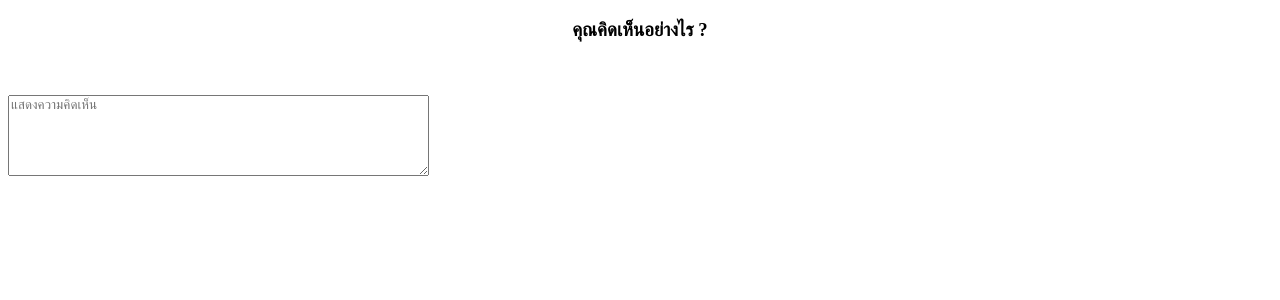
Repository: Wanaratkhamla/LabJavaWeb
Page: http://localhost/TestLabinMidterm/
These files come from the project's save history. The page is drawn as it stood at one moment and after the next save; the edit follows.
The browser window is 1280 px wide. The pictures show the whole page.
The page is served by Tomcat 9. Queries for data that is not in the repository find no rows.

Above is the page before, as saved 2017-02-28 11:56:02.

After the next save:
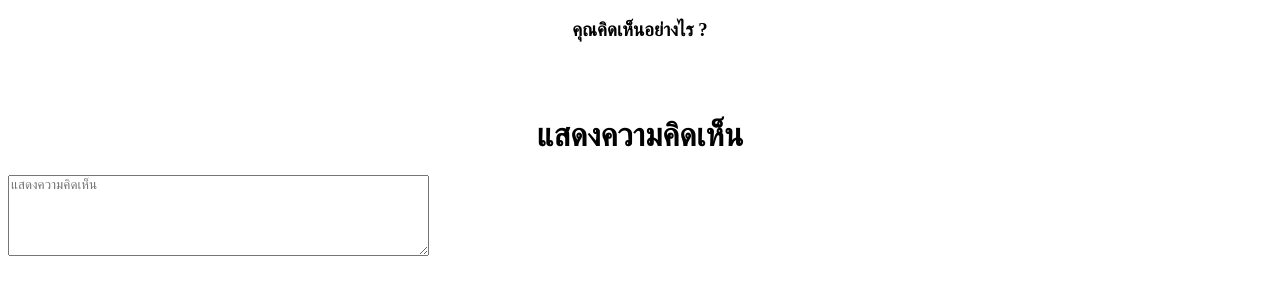
Saved 39 s later.
--- a/TestLabinMidterm/WebContent/index.jsp
+++ b/TestLabinMidterm/WebContent/index.jsp
@@ -66,7 +66,8 @@
 	%>
 
 	<br>
-	<form action="ForumController">
+	<form action="ForumController" >
+	<h1 align="center">แสดงความคิดเห็น</h1>
 	<input type="hidden" name="action" value="insertForum">
 	<textarea rows="5" cols="50" placeholder="แสดงความคิดเห็น"></textarea>
 	</form>
